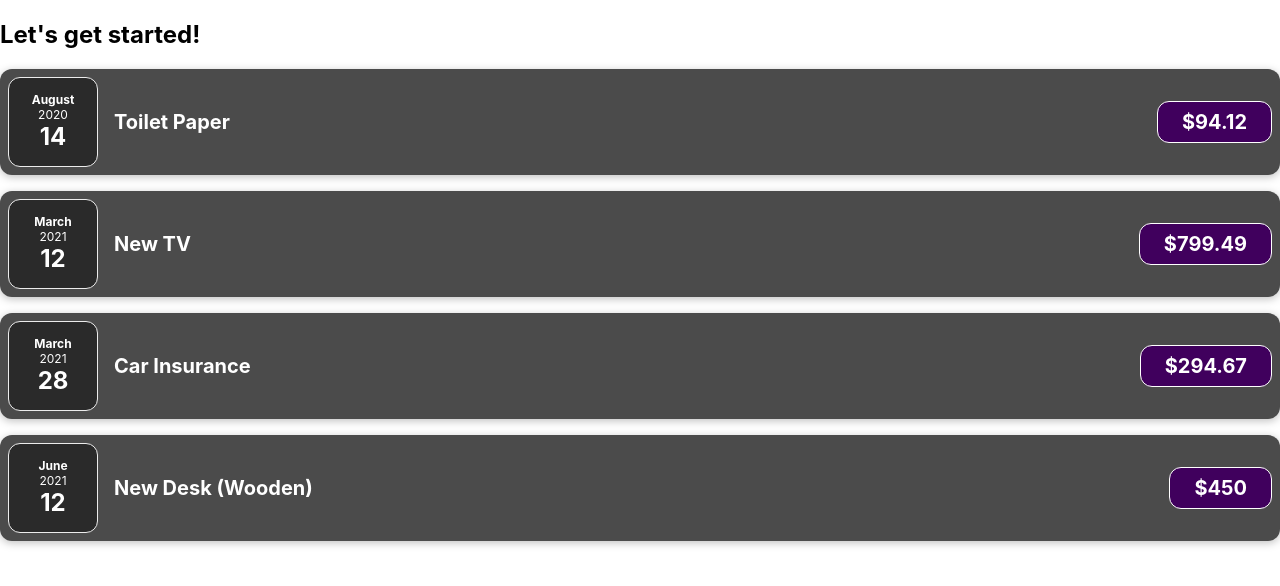
Repository: masamichan/react-complete-guide
Page: /
An editor plug-in stored every save of this project. The page is shown before and after a run of saves, followed by the edit.
The browser window is 1280 px wide. The pictures show the whole page.
The project was rebuilt for these pictures with package versions that can differ from the ones it lists, and the page was loaded fresh each time. Also part of the build but not shown: src/App.css.

Above is the page before, as saved 2023-03-26 12:19:39.

### src/App.js
import "./App.css";
import ExpenseItem from "./components/ExpensItem";

function App() {
  const expenses = [
    {
      id: "e1",
      title: "Toilet Paper",
      amount: 94.12,
      date: new Date(2020, 7, 14),
    },
    { id: "e2", title: "New TV", amount: 799.49, date: new Date(2021, 2, 12) },
    {
      id: "e3",
      title: "Car Insurance",
      amount: 294.67,
      date: new Date(2021, 2, 28),
    },
    {
      id: "e4",
      title: "New Desk (Wooden)",
      amount: 450,
      date: new Date(2021, 5, 12),
    },
  ];

  return (
    <div>
      <h2>Let's get started!</h2>
      <ExpenseItem
        title={expenses[0].title}
        amount={expenses[0].amount}
        date={expenses[0].date}
      />
      <ExpenseItem
        title={expenses[1].title}
        amount={expenses[1].amount}
        date={expenses[1].date}
      />
      <ExpenseItem
        title={expenses[2].title}
        amount={expenses[2].amount}
        date={expenses[2].date}
      />
      <ExpenseItem
        title={expenses[3].title}
        amount={expenses[3].amount}
        date={expenses[3].date}
      />
    </div>
  );
}

export default App;

### src/components/ExpenseItem.css
.expense-item {
  display: flex;
  justify-content: space-between;
  align-items: center;
  box-shadow: 0 2px 8px rgba(0, 0, 0, 0.25);
  padding: 0.5rem;
  margin: 1rem 0;
  border-radius: 12px;
  background-color: #4b4b4b;
}

.expense-item__description {
  display: flex;
  flex-direction: column;
  gap: 1rem;
  align-items: flex-end;
  flex-flow: column-reverse;
  justify-content: flex-start;
  flex: 1;
}

.expense-item h2 {
  color: #3a3a3a;
  font-size: 1rem;
  flex: 1;
  margin: 0 1rem;
  color: white;
}

.expense-item__price {
  font-size: 1rem;
  font-weight: bold;
  color: white;
  background-color: #40005d;
  border: 1px solid white;
  padding: 0.5rem;
  border-radius: 12px;
}

@media (min-width: 580px) {
  .expense-item__description {
    flex-direction: row;
    align-items: center;
    justify-content: flex-start;
    flex: 1;
  }

  .expense-item__description h2 {
    font-size: 1.25rem;
  }

  .expense-item__price {
    font-size: 1.25rem;
    padding: 0.5rem 1.5rem;
  }
}

Loaded but not shown: public/index.html (common file); src/index.js (common file); src/index.css (common file); src/reportWebVitals.js (common file); src/components/ExpensItem.js (common file); src/components/ExpenseDate.js (common file); src/components/ExpenseDate.css (common file)

After the next 2 saves:
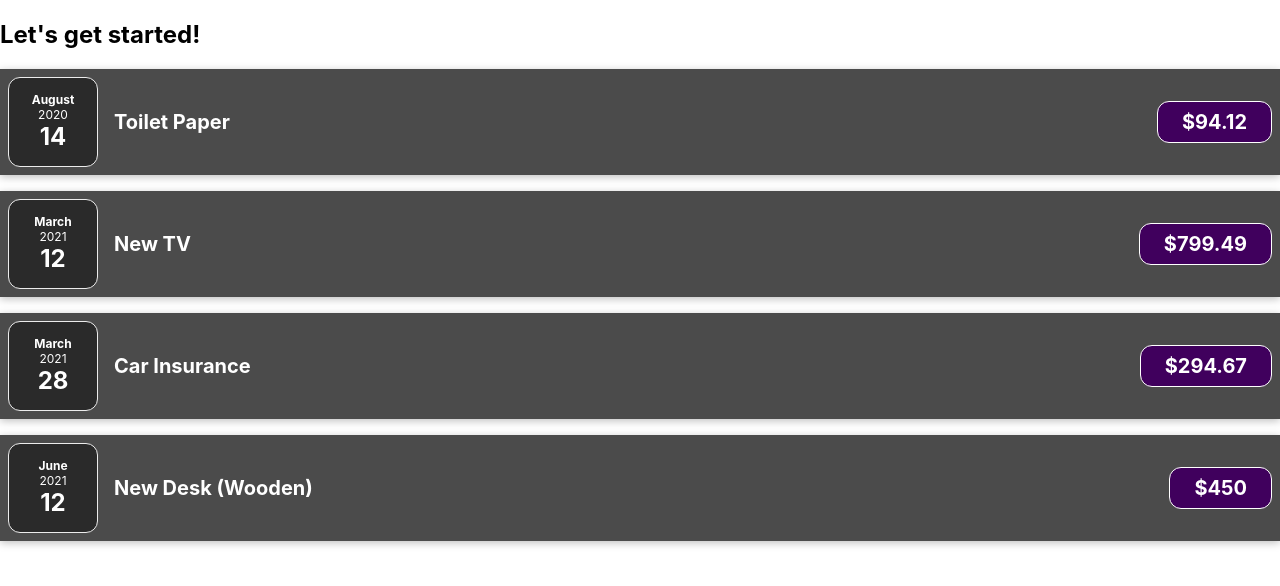
The 2 saves are shown as one change because they came seconds apart.
The last was saved 36 s later.
--- a/src/components/ExpenseItem.css
+++ b/src/components/ExpenseItem.css
@@ -5,7 +5,6 @@
   box-shadow: 0 2px 8px rgba(0, 0, 0, 0.25);
   padding: 0.5rem;
   margin: 1rem 0;
-  border-radius: 12px;
   background-color: #4b4b4b;
 }
 
